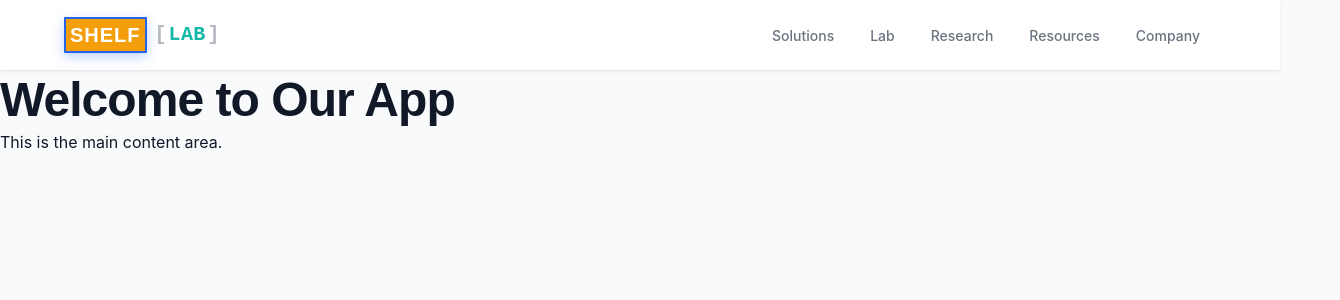
Repository: VladimirGagarin/shelf
Page: /
The author's editor kept a copy of each file at every save. The page is drawn from the files as they stood at one save, then again after a run of saves.
The browser window is 1280 px wide. The page is 1340 px wide, so the pictures cover 1340 px, including what lies to the right of the window. The pictures show the whole page.
The project was rebuilt for these pictures with package versions that can differ from the ones it lists, and the page was loaded fresh each time. Also part of the build but not shown: vite.config.js, src/App.css, src/About/about.jsx.

Above is the page before, as saved 2026-07-13 18:30:42.

### index.html
<!doctype html>
<html lang="en">
  <head>
    <meta charset="UTF-8" />
    <link rel="icon" type="image/svg+xml" href="/favicon.svg" />
    <meta name="viewport" content="width=device-width, initial-scale=1.0" />
    <title>shelf-lab</title>
  </head>
  <body>
    <div id="root"></div>
    <script type="module" src="/src/main.jsx"></script>
  </body>
</html>

### src/main.jsx
import { StrictMode } from 'react'
import { createRoot } from 'react-dom/client'
import './index.css'
import App from './App.jsx'
import { createBrowserRouter, RouterProvider } from "react-router-dom";
import AboutPage from './About/about.jsx'

const router = createBrowserRouter([
  {
    path: "/",
    element: <App />,
  },
  {
    path: "/about",
    element: <AboutPage />,
  },
  {
    path:"*",
    element: <App/>,
  }
]);

createRoot(document.getElementById('root')).render(
  <StrictMode>
    <RouterProvider router={router} />
  </StrictMode>,
)

### src/App.jsx
import Navbar from "./Shared/components/Navbar"
import './App.css'

function App() {


  return (
    <>
      <Navbar />
      <section className="LandingPage">
        <h1>Welcome to Our App</h1>
        <p>This is the main content area.</p>
      </section>
      <section className="LandingPage"></section>
    </>
  )
}

export default App

### src/Shared/components/Navbar.jsx
import "./Navbar.css";
import { FaBars, FaTimes } from "react-icons/fa";
import { useState, useEffect, useRef } from "react";

export default function Navbar() {
  const [isMobile, setIsMobile] = useState(window.innerWidth <= 768);
  const [isMenuOpen, setIsMenuOpen] = useState(false);
  const menuRef = useRef(null);
  const buttonRef = useRef(null);

  // Handle window resize
  useEffect(() => {
    const handleResize = () => {
      const mobile = window.innerWidth <= 768;
      setIsMobile(mobile);
      if (!mobile) setIsMenuOpen(false); // Close menu on desktop
    };

    window.addEventListener("resize", handleResize);
    return () => window.removeEventListener("resize", handleResize);
  }, []);

  // Handle click outside to close menu
  useEffect(() => {
    const handleClickOutside = (event) => {
      if (
        isMenuOpen &&
        menuRef.current &&
        !menuRef.current.contains(event.target) &&
        !buttonRef.current.contains(event.target)
      ) {
        setIsMenuOpen(false);
      }
    };

    document.addEventListener("mousedown", handleClickOutside);
    return () => document.removeEventListener("mousedown", handleClickOutside);
  }, [isMenuOpen]);

  // Handle escape key to close menu
  useEffect(() => {
    const handleEscape = (event) => {
      if (isMenuOpen && event.key === "Escape") {
        setIsMenuOpen(false);
      }
    };

    document.addEventListener("keydown", handleEscape);
    return () => document.removeEventListener("keydown", handleEscape);
  }, [isMenuOpen]);

  // Prevent body scroll when menu is open on mobile
  useEffect(() => {
    if (isMenuOpen && isMobile) {
      document.body.style.overflow = "hidden";
    } else {
      document.body.style.overflow = "unset";
    }
    return () => {
      document.body.style.overflow = "unset";
    };
  }, [isMenuOpen, isMobile]);

  const toggleMenu = () => {
    setIsMenuOpen(!isMenuOpen);
  };

  const navItems = [
    {
      title: "Solutions",
      children: [
        { label: "Services", link: "/services" },
        { label: "Industries", link: "/industries" },
        { label: "Case Studies", link: "/case-studies" },
        { label: "Request Solution", link: "/request" },
      ],
    },
    {
      title: "Lab",
      children: [
        { label: "Algorithms", link: "/algorithms" },
        { label: "Experiments", link: "/experiments" },
        { label: "Challenges", link: "/challenges" },
        { label: "Demos", link: "/demos" },
      ],
    },
    {
      title: "Research",
      children: [
        { label: "Research Lab", link: "/research" },
        { label: "Benchmarks", link: "/benchmarks" },
        { label: "Publications", link: "/publications" },
      ],
    },
    {
      title: "Resources",
      children: [
        { label: "Blog", link: "/blog" },
        { label: "Tutorials", link: "/tutorials" },
        { label: "Documentation", link: "/docs" },
      ],
    },
    {
      title: "Company",
      children: [
        { label: "About", link: "/about" },
        { label: "Careers", link: "/careers" },
        { label: "Contact", link: "/contact" },
      ],
    },
  ];

  return (
    <>
      <nav className="navbar" role="navigation" aria-label="Main navigation">
        <div className="navbar-container">
          {/* Logo */}
          <div className="nav-logo">
            <a href="/" aria-label="ShelfLab Home">
              <h2 className="hero-title">
                <span className="shelf-box">SHELF</span>
                <span className="lab-text">LAB</span>
              </h2>
            </a>
          </div>

          {/* Desktop Menu */}
          {!isMobile && (
            <div className="nav-menu">
              <ul className="nav-list">
                {navItems.map((item, index) => (
                  <li key={index} className="nav-item">
                    <button
                      className="nav-link"
                      aria-haspopup="true"
                      aria-expanded="false"
                    >
                      {item.title}
                    </button>
                    <ul className="dropdown-menu">
                      {item.children.map((child, childIndex) => (
                        <li key={childIndex}>
                          <a href={child.link} className="dropdown-link">
                            {child.label}
                          </a>
                        </li>
                      ))}
                    </ul>
                  </li>
                ))}
              </ul>
            </div>
          )}

          {/* Mobile Menu Button */}
          {isMobile && (
            <button
              ref={buttonRef}
              className="menu-toggle"
              onClick={toggleMenu}
              aria-label={isMenuOpen ? "Close menu" : "Open menu"}
              aria-expanded={isMenuOpen}
              aria-controls="mobile-menu"
            >
              {isMenuOpen ? <FaTimes /> : <FaBars />}
            </button>
          )}
        </div>
      </nav>

      {/* Mobile Menu Overlay */}
      {isMobile && (
        <div
          id="mobile-menu"
          ref={menuRef}
          className={`mobile-menu ${isMenuOpen ? "open" : ""}`}
          role="dialog"
          aria-modal="true"
          aria-label="Mobile navigation"
        >
          <div className="mobile-menu-content">
            <ul className="mobile-nav-list">
              {navItems.map((item, index) => (
                <li key={index} className="mobile-nav-item">
                  <div className="mobile-nav-header">
                    <span>{item.title}</span>
                  </div>
                  <ul className="mobile-submenu">
                    {item.children.map((child, childIndex) => (
                      <li key={childIndex}>
                        <a
                          href={child.link}
                          className="mobile-nav-link"
                          onClick={() => setIsMenuOpen(false)}
                        >
                          {child.label}
                        </a>
                      </li>
                    ))}
                  </ul>
                </li>
              ))}
            </ul>
          </div>
        </div>
      )}
    </>
  );
}

### src/About/about.css
/* about.css */

/* ========================================
   ABOUT PAGE STYLES
   ======================================== */

   :root {
  /* ===== COLORS ===== */
  /* Backgrounds */
  --bg-primary: #F8FAFC;
  --bg-surface: #FFFFFF;
  --bg-card: #FFFFFF;

  /* Primary */
  --color-primary: #2563EB;
  --color-primary-hover: #1D4ED8;

  /* Accent */
  --color-accent: #14B8A6;

  /* Text */
  --color-text: #111827;
  --color-text-secondary: #6B7280;

  /* Borders */
  --color-border: #E5E7EB;

  /* Status */
  --color-success: #22C55E;
  --color-warning: #F59E0B;
  --color-danger: #EF4444;

  /* ===== TYPOGRAPHY ===== */
  /* Font Families */
  --font-heading: 'Space Grotesk', 'Sora', sans-serif;
  --font-body: 'Inter', -apple-system, BlinkMacSystemFont, 'Segoe UI', Roboto, sans-serif;
  --font-code: 'JetBrains Mono', 'Fira Code', 'Cascadia Code', monospace;

  /* Font Sizes */
  --text-xs: 0.75rem;    /* 12px */
  --text-sm: 0.875rem;   /* 14px */
  --text-base: 1rem;     /* 16px */
  --text-lg: 1.125rem;   /* 18px */
  --text-xl: 1.25rem;    /* 20px */
  --text-2xl: 1.5rem;    /* 24px */
  --text-3xl: 1.875rem;  /* 30px */
  --text-4xl: 2.25rem;   /* 36px */
  --text-5xl: 3rem;      /* 48px */

  /* Font Weights */
  --font-light: 300;
  --font-regular: 400;
  --font-medium: 500;
  --font-semibold: 600;
  --font-bold: 700;
}

/* ===== DARK THEME ===== */
@media (prefers-color-scheme: dark) {
  :root {
    /* Backgrounds */
    --bg-primary: #0B1220;
    --bg-surface: #111827;
    --bg-card: #1E293B;

    /* Primary */
    --color-primary: #3B82F6;
    --color-primary-hover: #2563EB;

    /* Accent */
    --color-accent: #2DD4BF;

    /* Text */
    --color-text: #F8FAFC;
    --color-text-secondary: #CBD5E1;

    /* Borders */
    --color-border: #334155;

    /* Status */
    --color-success: #22C55E;
    --color-warning: #FBBF24;
    --color-danger: #F87171;
  }
}

/* ========================================
   HERO SECTION
   ======================================== */

.hero-section {
  min-height: 80vh;
  display: flex;
  align-items: center;
  background: linear-gradient(135deg, var(--bg-primary) 0%, var(--bg-surface) 100%);
  padding: 4rem 2rem;
  position: relative;
  overflow: hidden;
}

.hero-content {
  flex: 1;
  max-width: 700px;
  position: relative;
  z-index: 2;
}

.hero-badge {
  display: inline-block;
  background: var(--color-primary);
  color: white;
  padding: 0.25rem 1rem;
  border-radius: 50px;
  font-size: var(--text-xs);
  font-weight: var(--font-semibold);
  text-transform: uppercase;
  letter-spacing: 0.05em;
  margin-bottom: 1.5rem;
}

.hero-content h1 {
  font-size: var(--text-5xl);
  font-weight: var(--font-bold);
  color: var(--color-text);
  margin-bottom: 0.5rem;
  letter-spacing: -0.02em;
}

.hero-content h2 {
  font-size: var(--text-3xl);
  font-weight: var(--font-medium);
  color: var(--color-primary);
  margin-bottom: 1.5rem;
}

.hero-description {
  font-size: var(--text-lg);
  color: var(--color-text-secondary);
  line-height: 1.8;
  max-width: 550px;
  margin-bottom: 2rem;
}

.cta-group {
  display: flex;
  gap: 1rem;
  flex-wrap: wrap;
}

.btn-primary {
  display: inline-flex;
  align-items: center;
  gap: 0.5rem;
  background: var(--color-primary);
  color: white;
  padding: 0.75rem 1.75rem;
  border-radius: 0.5rem;
  font-weight: var(--font-medium);
  text-decoration: none;
  transition: all 0.3s ease;
}

.btn-primary:hover {
  background: var(--color-primary-hover);
  transform: translateY(-2px);
  box-shadow: 0 10px 20px rgba(37, 99, 235, 0.3);
}

.btn-secondary {
  display: inline-flex;
  align-items: center;
  gap: 0.5rem;
  background: transparent;
  color: var(--color-text);
  padding: 0.75rem 1.75rem;
  border: 2px solid var(--color-border);
  border-radius: 0.5rem;
  font-weight: var(--font-medium);
  text-decoration: none;
  transition: all 0.3s ease;
}

.btn-secondary:hover {
  border-color: var(--color-primary);
  color: var(--color-primary);
  transform: translateY(-2px);
}

.hero-visual {
  flex: 1;
  position: relative;
  min-height: 400px;
}

.floating-shapes {
  position: relative;
  width: 100%;
  height: 100%;
}

.shape {
  position: absolute;
  border-radius: 50%;
  background: var(--color-primary);
  opacity: 0.1;
  animation: float 6s ease-in-out infinite;
}

.shape-1 {
  width: 200px;
  height: 200px;
  top: 20%;
  right: 20%;
  animation-delay: 0s;
}

.shape-2 {
  width: 150px;
  height: 150px;
  top: 50%;
  right: 50%;
  animation-delay: 2s;
  background: var(--color-accent);
}

.shape-3 {
  width: 100px;
  height: 100px;
  top: 10%;
  right: 60%;
  animation-delay: 4s;
  background: var(--color-success);
}

@keyframes float {
  0%, 100% { transform: translateY(0) rotate(0deg); }
  50% { transform: translateY(-20px) rotate(10deg); }
}

/* ========================================
   WHO WE ARE SECTION
   ======================================== */

.who-we-are-section {
  padding: 5rem 2rem;
  background: var(--bg-surface);
}

.section-container {
  max-width: 1200px;
  margin: 0 auto;
}

.section-header {
  text-align: center;
  margin-bottom: 3rem;
}

.section-tag {
  display: inline-block;
  color: var(--color-primary);
  font-size: var(--text-xs);
  font-weight: var(--font-semibold);
  text-transform: uppercase;
  letter-spacing: 0.1em;
  margin-bottom: 0.5rem;
}

.section-header h2 {
  font-size: var(--text-4xl);
  font-weight: var(--font-bold);
  color: var(--color-text);
  margin-bottom: 0.75rem;
}

.section-subtitle {
  font-size: var(--text-lg);
  color: var(--color-text-secondary);
  max-width: 600px;
  margin: 0 auto;
}

.who-we-are-grid {
  display: grid;
  grid-template-columns: 1fr 1fr;
  gap: 4rem;
  align-items: center;
}

.who-we-are-content p {
  font-size: var(--text-lg);
  color: var(--color-text-secondary);
  line-height: 1.8;
  margin-bottom: 1.5rem;
}

.who-we-are-stats {
  display: grid;
  grid-template-columns: 1fr 1fr 1fr;
  gap: 2rem;
}

.stat-item {
  text-align: center;
  padding: 2rem;
  background: var(--bg-primary);
  border-radius: 0.75rem;
  border: 1px solid var(--color-border);
}

.stat-number {
  display: block;
  font-size: var(--text-3xl);
  font-weight: var(--font-bold);
  color: var(--color-primary);
  margin-bottom: 0.5rem;
}

.stat-label {
  font-size: var(--text-sm);
  color: var(--color-text-secondary);
}

/* ========================================
   MISSION SECTION
   ======================================== */

.mission-section {
  padding: 5rem 2rem;
  background: linear-gradient(135deg, var(--bg-primary) 0%, var(--bg-surface) 100%);
}

.mission-grid {
  display: grid;
  grid-template-columns: 1fr 1fr;
  gap: 3rem;
  max-width: 1000px;
  margin: 0 auto;
}

.mission-card {
  background: var(--bg-card);
  padding: 3rem;
  border-radius: 1rem;
  border: 1px solid var(--color-border);
  text-align: center;
  transition: all 0.3s ease;
}

.mission-card:hover {
  transform: translateY(-5px);
  box-shadow: 0 20px 40px rgba(0, 0, 0, 0.08);
}

.mission-icon {
  font-size: 3rem;
  margin-bottom: 1rem;
}

.mission-card h3 {
  font-size: var(--text-2xl);
  font-weight: var(--font-bold);
  color: var(--color-text);
  margin-bottom: 1rem;
}

.mission-card p {
  color: var(--color-text-secondary);
  line-height: 1.8;
}

/* ========================================
   PRINCIPLES SECTION
   ======================================== */

.principles-section {
  padding: 5rem 2rem;
  background: var(--bg-surface);
}

.principles-cards {
  display: grid;
  grid-template-columns: repeat(auto-fit, minmax(250px, 1fr));
  gap: 2rem;
}

.principle-card {
  background: var(--bg-card);
  padding: 2.5rem 2rem;
  border-radius: 1rem;
  border: 1px solid var(--color-border);
  text-align: center;
  transition: all 0.3s ease;
}

.principle-card:hover {
  transform: translateY(-5px);
  border-color: var(--color-primary);
  box-shadow: 0 10px 30px rgba(37, 99, 235, 0.1);
}

.principle-icon-wrapper {
  display: inline-flex;
  align-items: center;
  justify-content: center;
  width: 64px;
  height: 64px;
  border-radius: 50%;
  background: var(--bg-primary);
  color: var(--color-primary);
  font-size: 1.5rem;
  margin-bottom: 1rem;
  transition: all 0.3s ease;
}

.principle-card:hover .principle-icon-wrapper {
  background: var(--color-primary);
  color: white;
}

.principle-card h3 {
  font-size: var(--text-xl);
  font-weight: var(--font-semibold);
  color: var(--color-text);
  margin-bottom: 0.5rem;
}

.principle-tagline {
  color: var(--color-primary);
  font-weight: var(--font-medium);
  margin-bottom: 0.75rem;
}

.principle-description {
  color: var(--color-text-secondary);
  font-size: var(--text-sm);
  line-height: 1.6;
}

/* ========================================
   WORKFLOW SECTION
   ======================================== */

.workflow-section {
  padding: 5rem 2rem;
  background: var(--bg-primary);
}

.workflow-steps {
  display: flex;
  justify-content: space-between;
  align-items: flex-start;
  gap: 1rem;
  overflow-x: auto;
  padding: 1rem 0;
}

.workflow-step-wrapper {
  display: flex;
  align-items: center;
  flex: 1;
  min-width: 140px;
}

.step-card {
  background: var(--bg-card);
  padding: 2rem 1.5rem;
  border-radius: 0.75rem;
  border: 1px solid var(--color-border);
  text-align: center;
  flex: 1;
  transition: all 0.3s ease;
  position: relative;
}

.step-card:hover {
  transform: translateY(-5px);
  border-color: var(--color-primary);
  box-shadow: 0 10px 30px rgba(37, 99, 235, 0.1);
}

.step-number {
  display: inline-flex;
  align-items: center;
  justify-content: center;
  width: 40px;
  height: 40px;
  border-radius: 50%;
  background: var(--color-primary);
  color: white;
  font-weight: var(--font-bold);
  margin-bottom: 1rem;
}

.step-icon {
  font-size: 1.5rem;
  color: var(--color-primary);
  margin-bottom: 0.75rem;
}

.step-card h3 {
  font-size: var(--text-base);
  font-weight: var(--font-semibold);
  color: var(--color-text);
  margin-bottom: 0.5rem;
}

.step-card p {
  font-size: var(--text-xs);
  color: var(--color-text-secondary);
}

.step-connector {
  color: var(--color-text-secondary);
  font-size: 1.5rem;
  padding: 0 0.5rem;
  flex-shrink: 0;
}

/* ========================================
   INDUSTRIES SECTION
   ======================================== */

.industries-section {
  padding: 5rem 2rem;
  background: var(--bg-surface);
}

.industries-grid {
  display: grid;
  grid-template-columns: repeat(auto-fit, minmax(250px, 1fr));
  gap: 2rem;
}

.industry-card {
  background: var(--bg-card);
  padding: 2.5rem 2rem;
  border-radius: 1rem;
  border: 1px solid var(--color-border);
  text-align: center;
  transition: all 0.3s ease;
}

.industry-card:hover {
  transform: translateY(-5px);
  box-shadow: 0 10px 30px rgba(0, 0, 0, 0.08);
}

.industry-icon {
  font-size: 2.5rem;
  color: var(--color-primary);
  margin-bottom: 1rem;
}

.industry-card h3 {
  font-size: var(--text-xl);
  font-weight: var(--font-semibold);
  color: var(--color-text);
  margin-bottom: 1rem;
}

.industry-items {
  list-style: none;
  padding: 0;
  margin: 0;
}

.industry-items li {
  padding: 0.5rem 0;
  color: var(--color-text-secondary);
  font-size: var(--text-sm);
  border-bottom: 1px solid var(--color-border);
}

.industry-items li:last-child {
  border-bottom: none;
}

/* ========================================
   WHY SHELFLAB SECTION
   ======================================== */

.why-shelflab-section {
  padding: 5rem 2rem;
  background: var(--bg-primary);
}

.why-shelflab-grid {
  display: grid;
  grid-template-columns: repeat(auto-fit, minmax(300px, 1fr));
  gap: 2rem;
}

.why-shelflab-card {
  background: var(--bg-card);
  padding: 3rem 2rem;
  border-radius: 1rem;
  border: 1px solid var(--color-border);
  text-align: center;
  transition: all 0.3s ease;
}

.why-shelflab-card:hover {
  transform: translateY(-5px);
  box-shadow: 0 10px 30px rgba(0, 0, 0, 0.08);
}

.pillar-icon {
  font-size: 3rem;
  color: var(--color-primary);
  margin-bottom: 1rem;
}

.why-shelflab-card h3 {
  font-size: var(--text-xl);
  font-weight: var(--font-semibold);
  color: var(--color-text);
  margin-bottom: 0.75rem;
}

.why-shelflab-card p {
  color: var(--color-text-secondary);
  line-height: 1.6;
}

/* ========================================
   CTA SECTION
   ======================================== */

.cta-section {
  padding: 5rem 2rem;
  background: linear-gradient(135deg, var(--color-primary) 0%, var(--color-primary-hover) 100%);
  text-align: center;
  position: relative;
  overflow: hidden;
}

.cta-section::before {
  content: '';
  position: absolute;
  top: -50%;
  right: -50%;
  width: 100%;
  height: 200%;
  background: rgba(255, 255, 255, 0.05);
  transform: rotate(30deg);
}

.cta-content {
  position: relative;
  z-index: 1;
  max-width: 700px;
  margin: 0 auto;
}

.cta-content h2 {
  font-size: var(--text-4xl);
  font-weight: var(--font-bold);
  color: white;
  margin-bottom: 1.5rem;
}

.cta-content p {
  font-size: var(--text-lg);
  color: rgba(255, 255, 255, 0.9);
  line-height: 1.8;
  margin-bottom: 2rem;
}

.btn-large {
  padding: 1rem 2.5rem;
  font-size: var(--text-lg);
  background: white;
  color: var(--color-primary);
}

.btn-large:hover {
  background: var(--bg-primary);
  transform: translateY(-3px);
  box-shadow: 0 15px 30px rgba(0, 0, 0, 0.2);
}

/* ========================================
   FOOTER
   ======================================== */

.footer {
  background: var(--bg-surface);
  border-top: 1px solid var(--color-border);
  padding: 3rem 2rem 1rem;
}

.footer-content {
  max-width: 1200px;
  margin: 0 auto;
  display: grid;
  grid-template-columns: 2fr 3fr;
  gap: 3rem;
  margin-bottom: 2rem;
}

.footer-brand h2 {
  font-size: var(--text-2xl);
  color: var(--color-primary);
  margin-bottom: 0.5rem;
}

.footer-brand p {
  color: var(--color-text-secondary);
}

.footer-links {
  display: grid;
  grid-template-columns: repeat(3, 1fr);
  gap: 2rem;
}

.footer-column h4 {
  font-size: var(--text-sm);
  font-weight: var(--font-semibold);
  color: var(--color-text);
  margin-bottom: 1rem;
}

.footer-column a {
  display: block;
  color: var(--color-text-secondary);
  text-decoration: none;
  padding: 0.25rem 0;
  font-size: var(--text-sm);
  transition: color 0.3s ease;
}

.footer-column a:hover {
  color: var(--color-primary);
}

.footer-bottom {
  max-width: 1200px;
  margin: 0 auto;
  padding-top: 2rem;
  border-top: 1px solid var(--color-border);
  text-align: center;
}

.footer-bottom p {
  color: var(--color-text-secondary);
  font-size: var(--text-sm);
}

/* ========================================
   RESPONSIVE DESIGN
   ======================================== */

@media (max-width: 1024px) {
  .hero-section {
    flex-direction: column;
    text-align: center;
    padding: 3rem 1.5rem;
  }

  .hero-content {
    max-width: 100%;
  }

  .hero-description {
    margin: 0 auto 2rem;
  }

  .cta-group {
    justify-content: center;
  }

  .who-we-are-grid {
    grid-template-columns: 1fr;
    gap: 2rem;
  }

  .mission-grid {
    grid-template-columns: 1fr;
    gap: 2rem;
  }

  .footer-content {
    grid-template-columns: 1fr;
    gap: 2rem;
  }
}

@media (max-width: 768px) {
  .hero-content h1 {
    font-size: var(--text-3xl);
  }

  .hero-content h2 {
    font-size: var(--text-2xl);
  }

  .hero-description {
    font-size: var(--text-base);
  }

  .who-we-are-stats {
    grid-template-columns: 1fr;
    gap: 1rem;
  }

  .workflow-steps {
    flex-direction: column;
    align-items: stretch;
  }

  .workflow-step-wrapper {
    flex-direction: column;
    min-width: auto;
  }

  .step-connector {
    transform: rotate(90deg);
    padding: 0.5rem 0;
  }

  .footer-links {
    grid-template-columns: 1fr 1fr;
  }

  .cta-content h2 {
    font-size: var(--text-3xl);
  }

  .principles-cards {
    grid-template-columns: 1fr 1fr;
  }
}

@media (max-width: 480px) {
  .hero-section {
    padding: 2rem 1rem;
    min-height: 60vh;
  }

  .hero-content h1 {
    font-size: var(--text-2xl);
  }

  .hero-content h2 {
    font-size: var(--text-xl);
  }

  .cta-group {
    flex-direction: column;
    align-items: center;
  }

  .btn-primary,
  .btn-secondary {
    width: 100%;
    justify-content: center;
  }

  .principles-cards {
    grid-template-columns: 1fr;
  }

  .industries-grid {
    grid-template-columns: 1fr;
  }

  .why-shelflab-grid {
    grid-template-columns: 1fr;
  }

  .footer-links {
    grid-template-columns: 1fr;
  }

  .section-header h2 {
    font-size: var(--text-3xl);
  }

  .mission-card {
    padding: 2rem 1.5rem;
  }
}

/* ========================================
   DARK THEME OVERRIDES
   ======================================== */

@media (prefers-color-scheme: dark) {
  .hero-section {
    background: linear-gradient(135deg, var(--bg-primary) 0%, var(--bg-surface) 100%);
  }

  .mission-section {
    background: linear-gradient(135deg, var(--bg-primary) 0%, var(--bg-surface) 100%);
  }

  .principle-card:hover {
    box-shadow: 0 10px 30px rgba(59, 130, 246, 0.15);
  }

  .stat-item {
    background: var(--bg-surface);
  }

  .cta-section {
    background: linear-gradient(135deg, #1D4ED8 0%, #1E3A8A 100%);
  }
}

/* ========================================
   ACCESSIBILITY
   ======================================== */

@media (prefers-reduced-motion: reduce) {
  * {
    animation-duration: 0.01ms !important;
    animation-iteration-count: 1 !important;
    transition-duration: 0.01ms !important;
  }
}

:focus-visible {
  outline: 2px solid var(--color-primary);
  outline-offset: 2px;
}

/* ========================================
   HERO TITLE WITH STYLED SHELF & LAB
   ======================================== */

.hero-title {
  font-size: var(--text-5xl);
  font-weight: var(--font-bold);
  color: var(--color-text);
  margin-bottom: 0.5rem;
  letter-spacing: -0.02em;
  display: flex;
  align-items: center;
  flex-wrap: wrap;
  gap: 0.25rem;
}

/* SHELF in a box */
.shelf-box {
  display: inline-block;
  background:var(--color-warning);
  color: white;
  padding: 0.25rem;
  border-radius: 1px;
  border: 2px solid var(--color-primary);
  font-family: var(--font-heading);
  font-weight: var(--font-bold);
  letter-spacing: 0.05em;
  position: relative;
  transition: all 0.3s ease;
  box-shadow: 0 4px 12px rgba(37, 99, 235, 0.3);
}

.shelf-box:hover {
  transform: scale(1.05);
  box-shadow: 0 8px 24px rgba(37, 99, 235, 0.4);
}

/* LAB in different font */
.lab-text {
  display: inline-block;
  font-family: var(--font-code);
  font-weight: var(--font-bold);
  color: var(--color-accent);
  letter-spacing: 0.02em;
  position: relative;
  padding: 0 0.25rem;
  transition: all 0.3s ease;
}

.lab-text::before {
  content: '[';
  color: var(--color-text-secondary);
  opacity: 0.5;
  margin-right: 0.1rem;
}

.lab-text::after {
  content: ']';
  color: var(--color-text-secondary);
  opacity: 0.5;
  margin-left: 0.1rem;
}

.lab-text:hover {
  color: var(--color-primary);
  transform: translateY(-2px);
}

/* Alternative: If you want LAB in a different color and font with badge style */
.lab-text-badge {
  display: inline-block;
  font-family: var(--font-code);
  font-weight: var(--font-bold);
  background: var(--bg-card);
  color: var(--color-accent);
  padding: 0.1rem 0.5rem;
  border-radius: 0.25rem;
  border: 2px solid var(--color-accent);
  letter-spacing: 0.05em;
  transition: all 0.3s ease;
}

.lab-text-badge:hover {
  background: var(--color-accent);
  color: white;
  transform: rotate(-2deg) scale(1.05);
}

/* ========================================
   RESPONSIVE ADJUSTMENTS FOR TITLE
   ======================================== */

@media (max-width: 768px) {
  .hero-title {
    font-size: var(--text-3xl);
    gap: 0.15rem;
  }

  .shelf-box {
    padding: 0.05rem 0.5rem;
    font-size: var(--text-3xl);
  }

  .lab-text {
    font-size: var(--text-3xl);
  }
}

@media (max-width: 480px) {
  .hero-title {
    font-size: var(--text-2xl);
    gap: 0.1rem;
  }

  .shelf-box {
    padding: 0.05rem 0.4rem;
    font-size: var(--text-2xl);
  }

  .lab-text {
    font-size: var(--text-2xl);
  }
}

Loaded but not shown: src/Shared/components/Navbar.css (606 lines, source omitted); src/index.css (384 lines, source omitted)

After the next 4 saves:
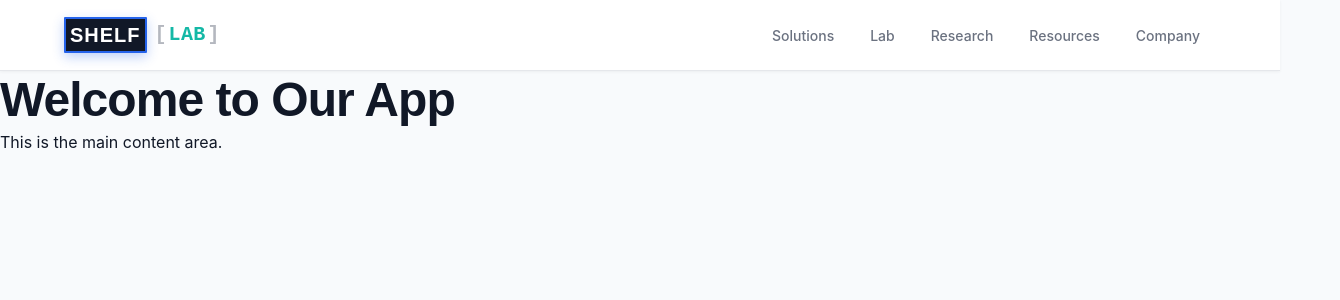
The 4 saves are shown as one change because they came seconds apart.
The last was saved 20 s later.
--- a/src/About/about.css
+++ b/src/About/about.css
@@ -945,7 +945,7 @@
 /* SHELF in a box */
 .shelf-box {
   display: inline-block;
-  background:var(--color-warning);
+  background:var(--color-text);
   color: white;
   padding: 0.25rem;
   border-radius: 1px;
